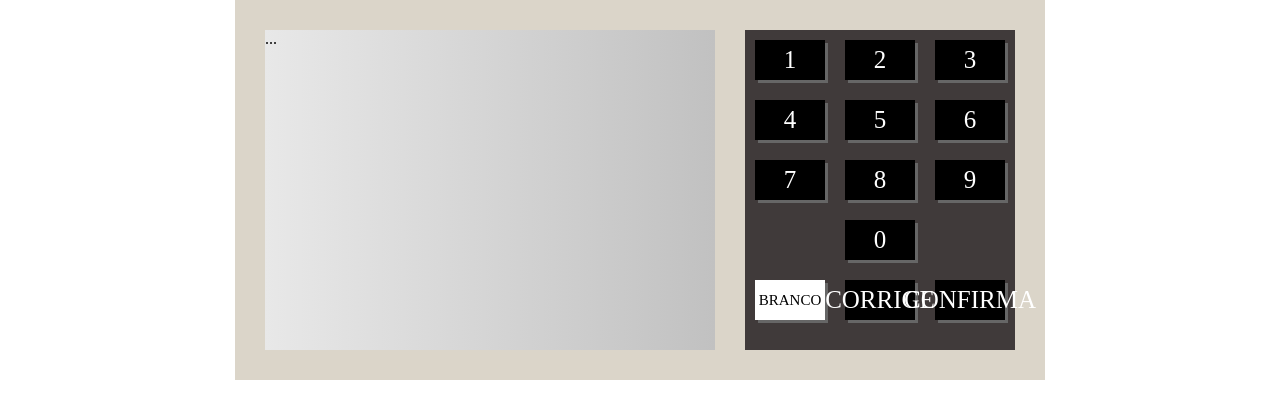
Repository: ThiagoIturra/urnaJs
Page: index.html
These files come from the project's save history. The page is drawn as it stood at one moment and after the next save; the edit follows.
The browser window is 1280 px wide. The pictures show the whole page.

Above is the page before, as saved 2022-01-05 16:15:57.

After the next save:
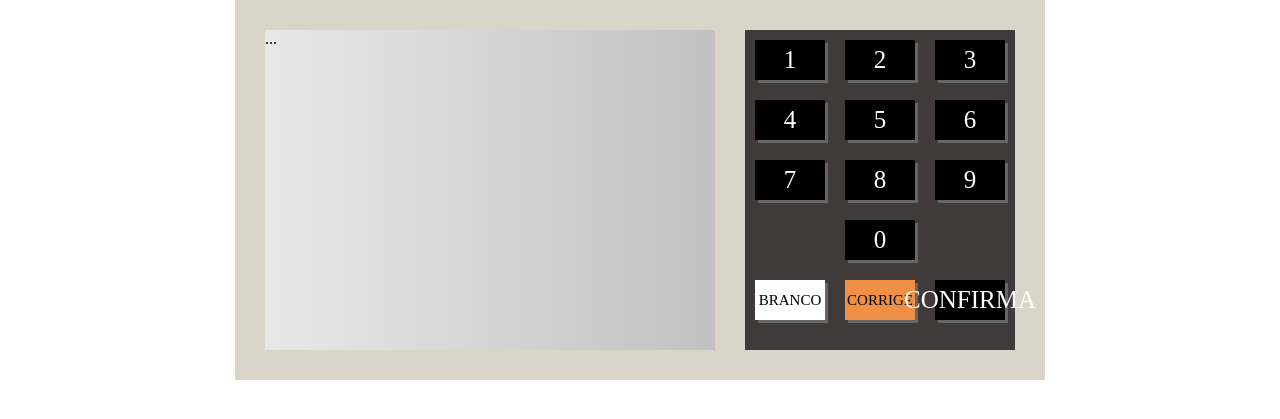
Saved 12 s later.
--- a/style.css
+++ b/style.css
@@ -48,7 +48,7 @@ body {
     cursor: pointer;
 }
 
-.keyboard--button--corrige {
+.button--corrige {
     background-color: #f09046;
     color: #000;
     font-size: 15px;
